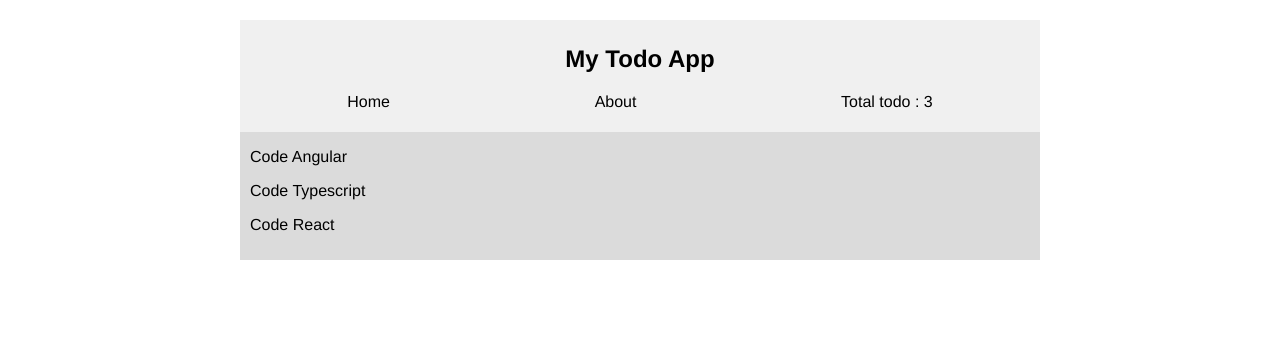
Repository: DTien93/Todo-Typescript
Page: / (app in my-app/)
The author's editor kept a copy of each file at every save. The page is drawn from the files as they stood at one save, then again after the next save.
The browser window is 1280 px wide. The pictures show the whole page.
The project was rebuilt for these pictures with package versions that can differ from the ones it lists, and the page was loaded fresh each time. Imported but missing from the stored project, and not drawn on this page: my-app/src/serviceWorker.

Above is the page before, as saved 2021-10-16 17:31:39.

### my-app/src/index.css
.App {
  font-family: Avenir, Helvetica, Arial, sans-serif;
  -webkit-font-smoothing: antialiased;
  -moz-osx-font-smoothing: grayscale;
  background: rgb(219, 219, 219);
  margin: 20px auto;
  width: 90%;
  max-width: 800px;
 }

### my-app/src/App.tsx
import React from 'react'
import './App.css'
import './index.css'
import Navbar from './components/Navbar'
import Todos from './components/Todos'
const App = () => {
  return (
    <div className='App'>
      <Navbar />
      <Todos/>
    </div>
  )
}

export default App

### my-app/src/App.css
.todo-list ul {
  padding: 0 10px 10px 10px;
  list-style-type: none;
 }

 .todo-list li {
  padding: 10px;
  cursor: pointer;
  margin: 10px 0;
  border-radius: 4px;
  background: rgb(240, 240, 240);
  color: black;
 }

 .todo-list li input[type='checkbox'] {
  -ms-transform: scale(2); /* IE */
  -moz-transform: scale(2); /* FF */
  -webkit-transform: scale(2); /* Safari and Chrome */
  -o-transform: scale(2); /* Opera */
  transform: scale(2);
  padding: 10px;
  float: right;
 }

 .todo-list li.completed {
  background: rgb(119, 218, 243);
 }

 .todo-list li button {
  float: right;
  margin-right: 20px;
 }

 .todo-list li button:hover {
  cursor: pointer;
  background: red;
  color: white;
 }

 /* Navbar */
 .navbar {
  padding: 5px;
  text-align: center;
  background: rgb(240, 240, 240);
  color: black;
 }

 .navbar ul {
  display: flex;
  justify-content: space-around;
  align-items: center;
  list-style: none;
  padding: 0;
 }

 /* TodoForm */
 form {
  padding: 10px;
 }

 input[type='text'] {
  width: 100%;
  box-sizing: border-box;
  padding: 10px;
  margin: 6px 0;
  border: 0;
 }

 input[type='submit'] {
  margin: 10px auto;
  padding: 10px;
  border: 0;
  display: block;
 }

### my-app/src/components/Navbar.tsx
import React from 'react'

const Navbar = () => {
    return (
        <div className='navbar'>
            <h2>My Todo App</h2>
            <ul>
                <li>Home</li>
                <li>About</li>
                <li>Total todo : 3</li>
            </ul>
        </div>
    )
}

export default Navbar

### my-app/src/components/Todos.tsx
import React, { useState } from 'react'

const Todos = () => {
    const [todos, setTodos] = useState([
        {
            id: 1,
            title: 'Code Angular'
        },
        {
            id: 2,
            title: 'Code Typescript'
        },
        {
            id: 3,
            title: 'Code React'
        }
    ])
    return (
        <div className='todo-list'>
            <ul>
            {
                todos.map((todo) => (
                    <p>{todo.title}</p>
                ))
            }
          </ul>
        </div>
    )
}

export default Todos

Loaded but not shown: my-app/src/index.tsx (common file)

After the next save:
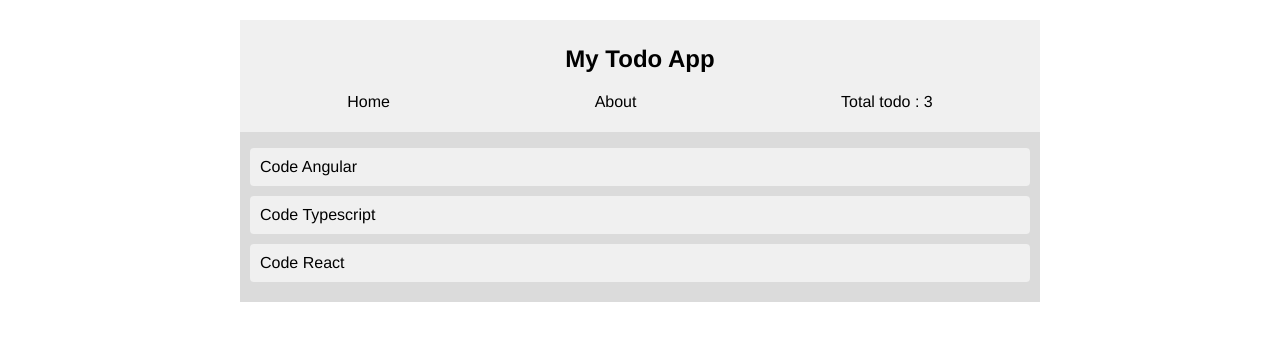
Saved 16 s later.
--- a/my-app/src/components/Todos.tsx
+++ b/my-app/src/components/Todos.tsx
@@ -20,7 +20,7 @@ const Todos = () => {
             <ul>
             {
                 todos.map((todo) => (
-                    <p>{todo.title}</p>
+                    <li>{todo.title}</li>
                 ))
             }
           </ul>
